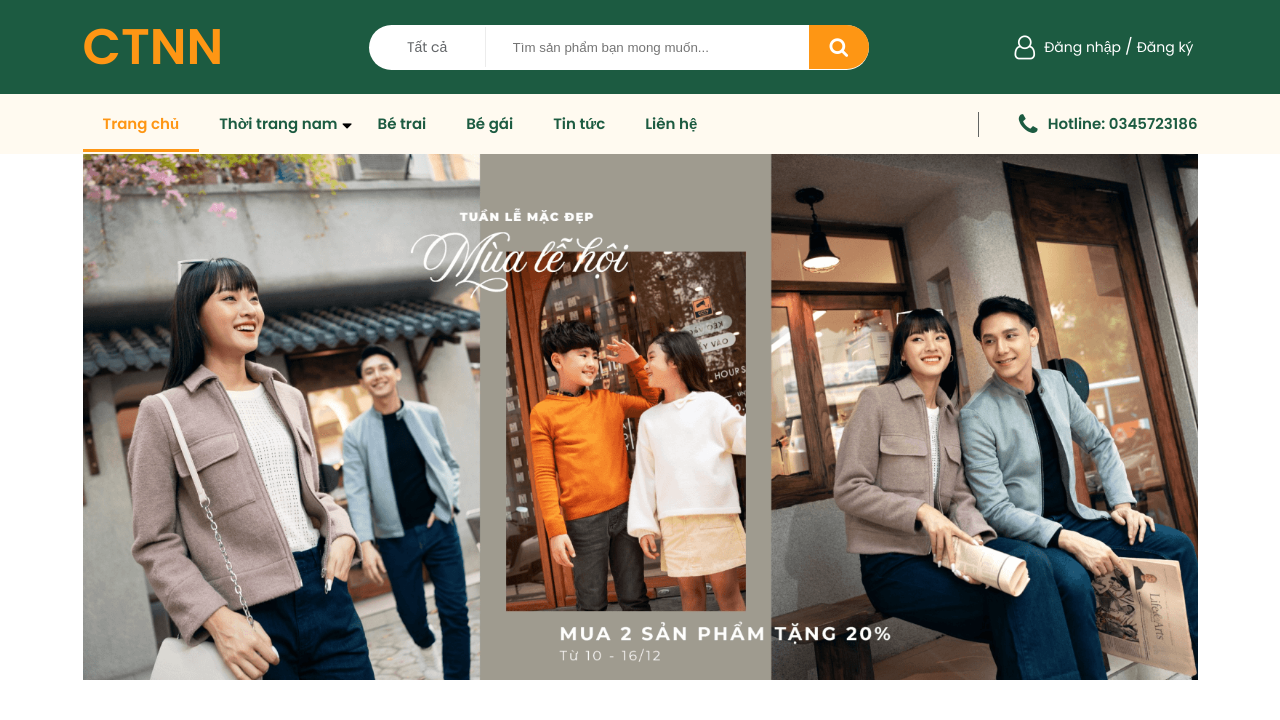
Repository: cuongchua2k2/BaiTapLon-web
Page: index.html
An editor plug-in stored every save of this project. The page is shown before and after the next save, followed by the edit.
The browser window is 1280 px wide. The pictures show the whole page.

Above is the page before, as saved 2023-12-06 17:32:10.

After the next save:
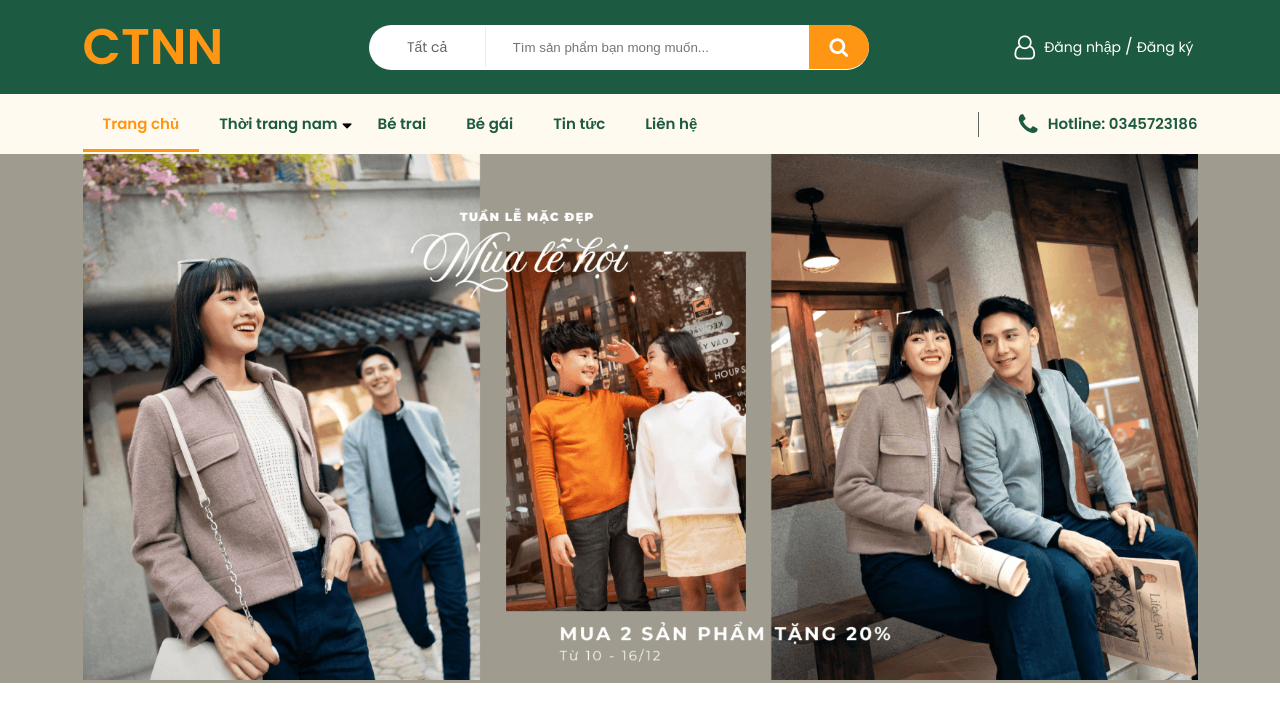
Saved 89 s later.
--- a/assets/css/style.css
+++ b/assets/css/style.css
@@ -206,6 +206,10 @@ a {
 
 /* ==================banner================ */
 
+.banner {
+  background-color: #9f9b8f;
+}
+
 .banner__image {
   width: 100%;
 }
